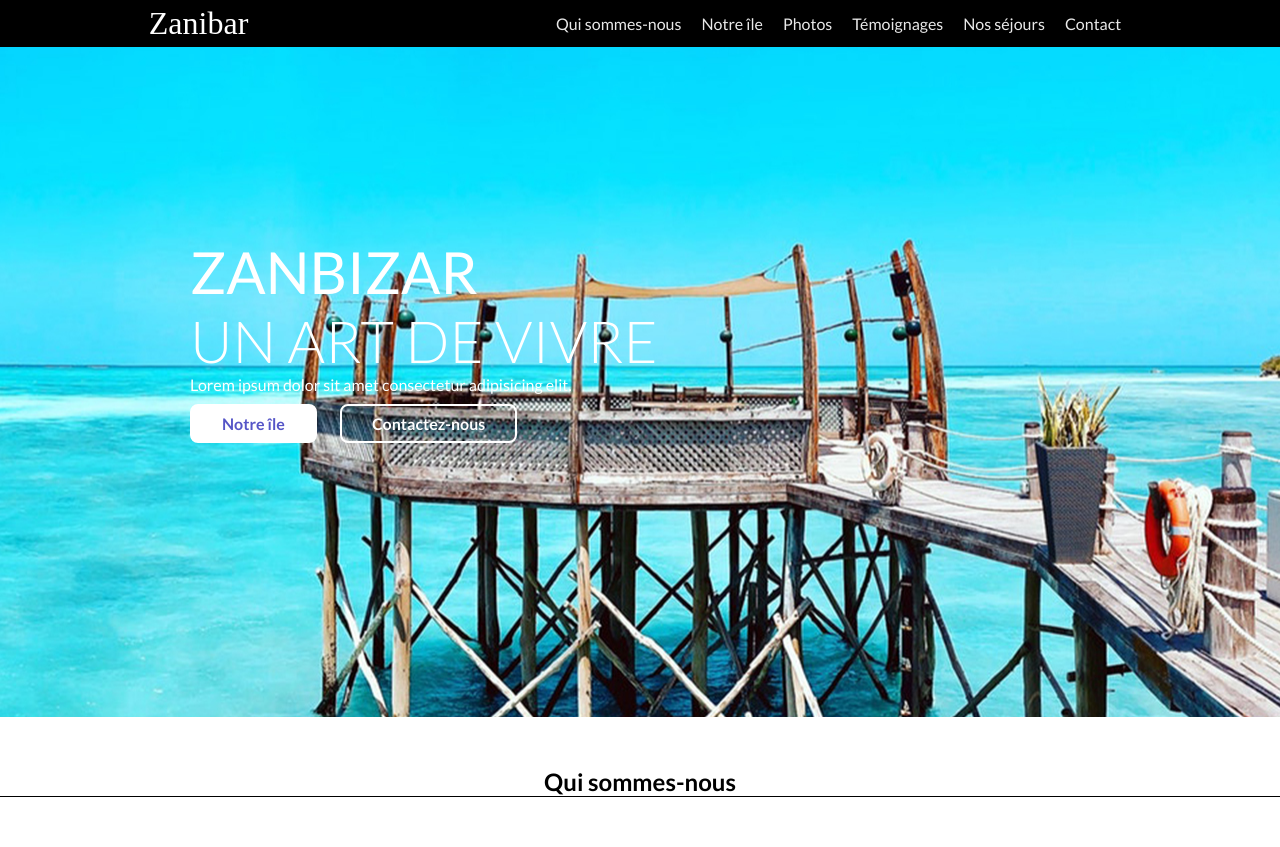
Repository: ypiard85/zanzibar
Page: index.html
An editor plug-in stored every save of this project. The page is shown before and after the next save, followed by the edit.
The browser window is 1280 px wide. The pictures show the whole page.
Some web fonts or font styles are not loaded; a fallback is used.

Above is the page before, as saved 2021-02-23 15:29:14.

### index.html
<!DOCTYPE html>
<html lang="en">
<head>
    <meta charset="UTF-8">
    <meta http-equiv="X-UA-Compatible" content="IE=edge">
    <meta name="viewport" content="width=device-width, initial-scale=1.0">
    <link rel="stylesheet" href="font/font.css">
    <link rel="stylesheet" href="./style.css">
    <link href="https://fonts.googleapis.com/css?family=Lato:300,400,700" rel="stylesheet">
    <link href="https://fonts.googleapis.com/css?family=Sanchez" rel="stylesheet">
    <title>Document</title>
</head>
<body>
    <div class="wrapper">
        <header role="header">
            <nav class="nav">
                <div class="nav_left">
                    <a href="">
                        Zanibar
                    </a>
                </div>
                <ul class="nav_link">
                    <li><a href="">Qui sommes-nous</a></li>
                    <li><a href="">Notre île</a></li>
                    <li><a href="">Photos</a></li>
                    <li><a href="">Témoignages</a></li>
                    <li><a href="">Nos séjours</a></li>
                    <li><a href="">Contact</a></li>
                </ul>
            </nav>
        </header>
        <section class="image_thumbnail">
            <div class="content_thumbnail">
                <p class="titlte_first">ZANBIZAR</p>
                <p class="title_second">UN ART DE VIVRE</p>
                <p>Lorem ipsum dolor sit amet consectetur adipisicing elit.</p>
                <a href="" class="btn_plein">Notre île</a>
                <a href="" class="btn_empty">Contactez-nous</a>
            </div>
        </section>
        <section class="about">
            <div class="title">
                <h1>Qui sommes-nous</h1>
            </div>
        </section>
    </div>
</body>
</html>

### font/font.css
/*! Generated by Font Squirrel (https://www.fontsquirrel.com) on June 4, 2019 */



@font-face {
    font-family: 'warnesregular';
    src: url('warnes-regular-webfont.eot');
    src: url('warnes-regular-webfont.eot?#iefix') format('embedded-opentype'),
         url('warnes-regular-webfont.woff2') format('woff2'),
         url('warnes-regular-webfont.woff') format('woff'),
         url('warnes-regular-webfont.ttf') format('truetype'),
         url('warnes-regular-webfont.svg#warnesregular') format('svg');
    font-weight: normal;
    font-style: normal;

}

### style.css
:root{
    --font-family-title: "warnesregular";
    --guillemet-citation: "Sanchez", serif;
}

*{
    margin: 0;
    padding: 0;
    box-sizing: content-box;
    list-style: none;
    text-decoration: none;
}

html {
    background-color: #fff;
    font-family: "Lato", "Arial", sans-serif;
}


.nav{
    background: black;
    display: flex;
    justify-content: space-around;
    align-items: center;
    padding: 5px 0;
}

.nav *{
    color: #fff;
}

.nav_left a{
    font-family: var(--font-family-title);
    font-size: 32px;
}

.nav_link{
    display: flex;
}

.nav_link li a{
    color: rgb(233, 233, 233);
    margin: 0 10px;

}

.image_thumbnail{
    background-image: url('./header.jpg');
    background-repeat: no-repeat;
    background-position: center right;
    height: 93vh;

}

.content_thumbnail{
    padding: 190px;
    color: #fff;
}

.content_thumbnail .titlte_first{
    font-size: 58px;
}

.content_thumbnail .title_second{
    font-size: 58px;
    font-weight: 100;
}

.content_thumbnail > a{
    display: inline-block;
    margin-top: 10px;
    padding: 8px 30px;
    border-radius: 8px;
    border: 2px solid #fff;
    margin-right: 20px;
    font-weight: 600;
}

.btn_plein{
    background-color: white;
    color: rgb(85, 85, 199);
}

.btn_empty{
    background-color: transparent;
    color: #fff;
}

.about{
    padding: 50px 0;
}

.about > .title{
    text-align: center;
    border-bottom: 1px solid black;

}

After the next save:
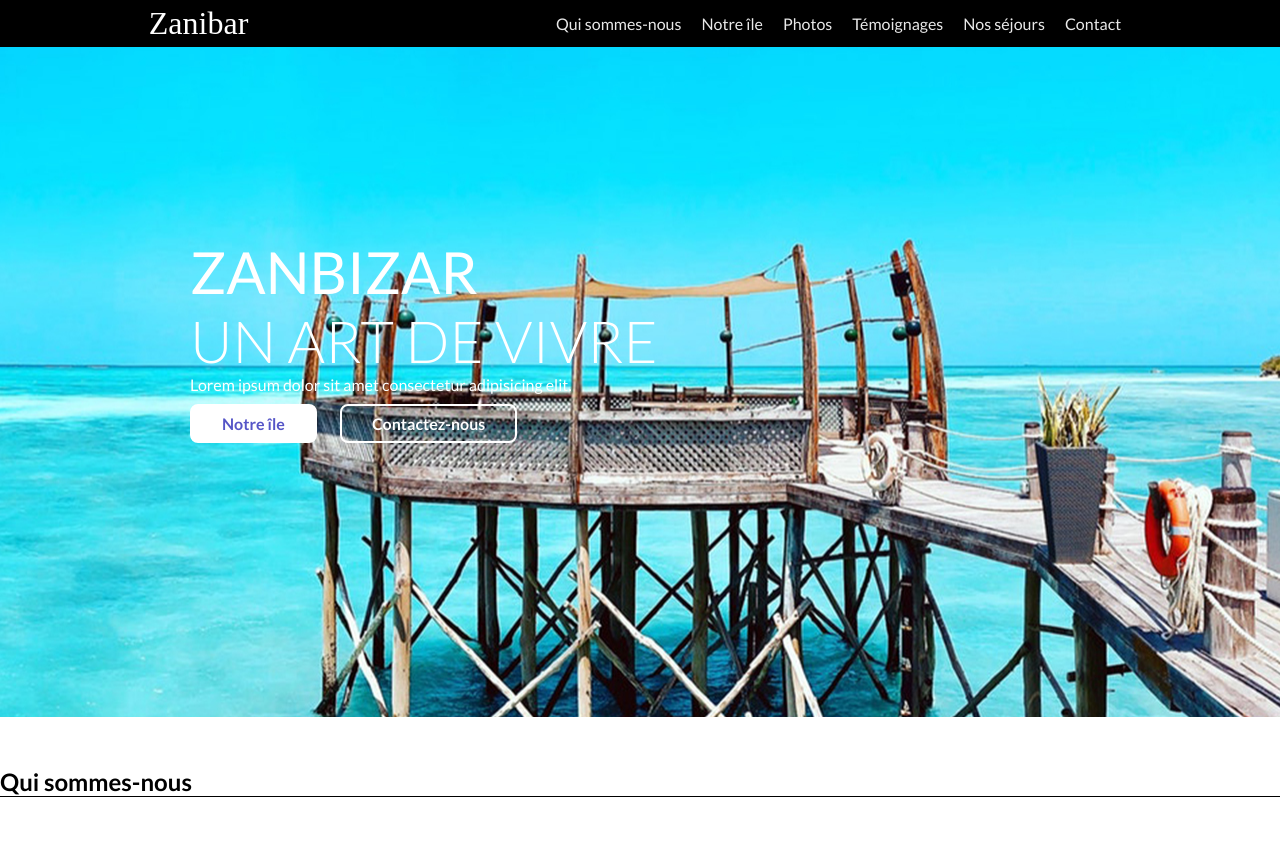
Saved 28 s later.
--- a/style.css
+++ b/style.css
@@ -91,7 +91,7 @@
 }
 
 .about > .title{
-    text-align: center;
+    display: flex;
     border-bottom: 1px solid black;
 
 }

After the save that followed:
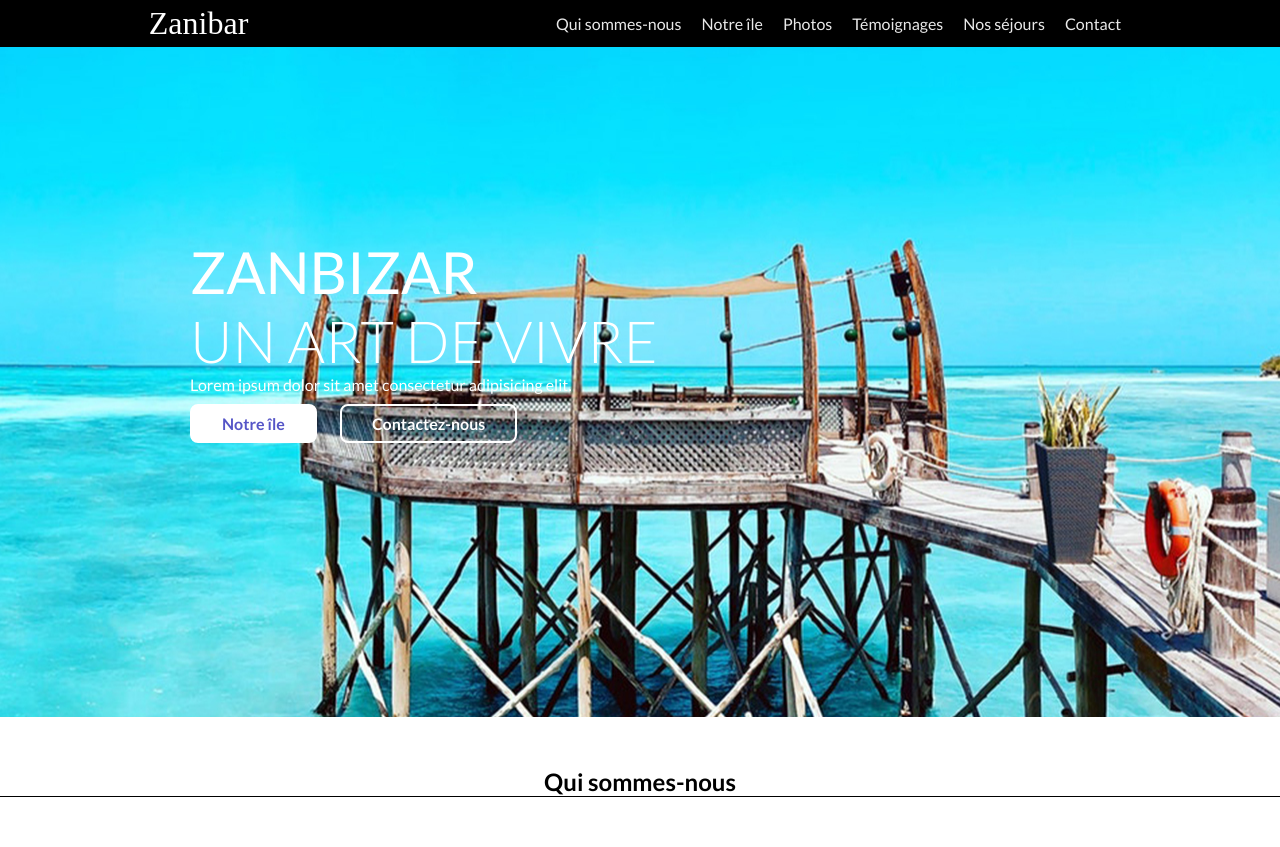
Saved 14 s later.
--- a/style.css
+++ b/style.css
@@ -92,6 +92,7 @@
 
 .about > .title{
     display: flex;
+    justify-content: center;
     border-bottom: 1px solid black;
 
 }
